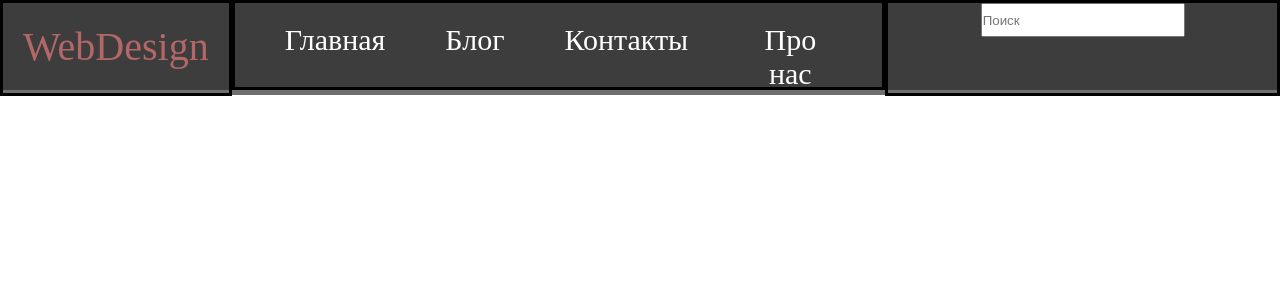
Repository: andbaik/Itprog
Page: index.htm
These files come from the project's save history. The page is drawn as it stood at one moment and after the next save; the edit follows.
The browser window is 1280 px wide. The page is 1280 px wide, then 1281 px, so the pictures cover 1281 px, including what lies to the right of the window. The pictures show the whole page.

Above is the page before, as saved 2021-01-19 16:52:02.

### index.htm
<!DOCTYPE html>
<html lang="en">
<head>
    <meta charset="UTF-8">
    <meta name="viewport" content="width=device-width, initial-scale=1.0">
    <link rel="stylesheet" href="css/style.css">
    <title>Моя страница</title>
</head>
<body>
    <div class="header">
        <div class="logo box">
            <a href="#">WebDesign</a>
        </div>
        <div class="nav box">
                <ul>
                    <li><a href="#">Главная</a></li>
                    <li><a href="#">Блог</a></li>
                    <li><a href="#">Контакты</a></li>
                    <li><a href="#">Про нас</a></li>
                </ul>
        </div>
        <div class="search box">
            <form action="" method="POST" id="search" name="search">
                <input class="serch-button" type="text" placeholder="Поиск">
            </form>
        </div>
    </div>
</body>
</html>

### css/style.css
* {
    margin: 0;
    padding: 0;
}

.header {
    display: flex;
    text-align: center;
    width: 100%;
    height: 90px;
    background-color: #3D3D3D;
    border-bottom: 5px solid #6F6F6F;

}
a {

    text-decoration: none;
    color: #fff;
}
.logo {
    display: inline-block;
    height: 50px;
    weight: 150px;
    margin: 0px auto;
    padding: 20px;
    border: 3px solid black;
    vertical-align: center;
}
.logo a{
    color: #B36767;
    font-size: 40px;


}
.nav {
    height: px;
    width: auto;
    padding: 20px;
    margin: 0 auto;
    border: 3px solid black;
}

.header ul {
    display: flex;
}

.nav li{
    list-style: none;
    font-size: 30px;
    padding: 0 30px;
}




.search {
    width: 400px;
    height: 90px;
    margin: 0 auto;
    border: 3px solid black;

}

.serch-button {
    width: 200px;
    height: 30px;
}

After the next save:
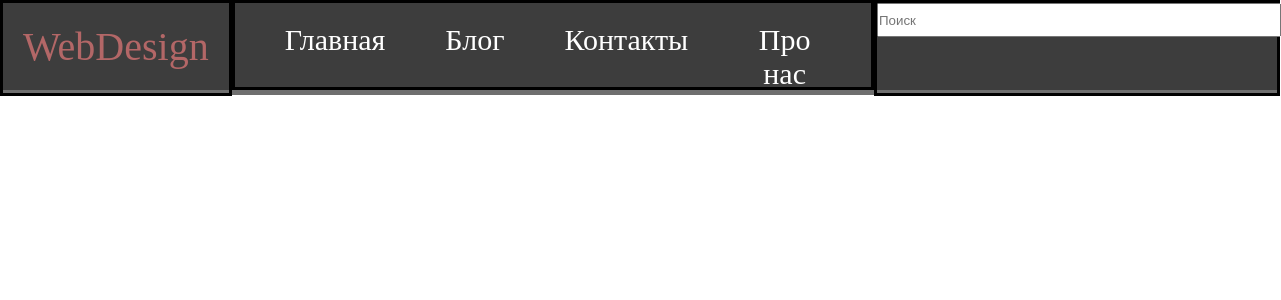
Saved 5 s later.
--- a/css/style.css
+++ b/css/style.css
@@ -62,6 +62,6 @@ a {
 }
 
 .serch-button {
-    width: 200px;
+    width: 400px;
     height: 30px;
 }
